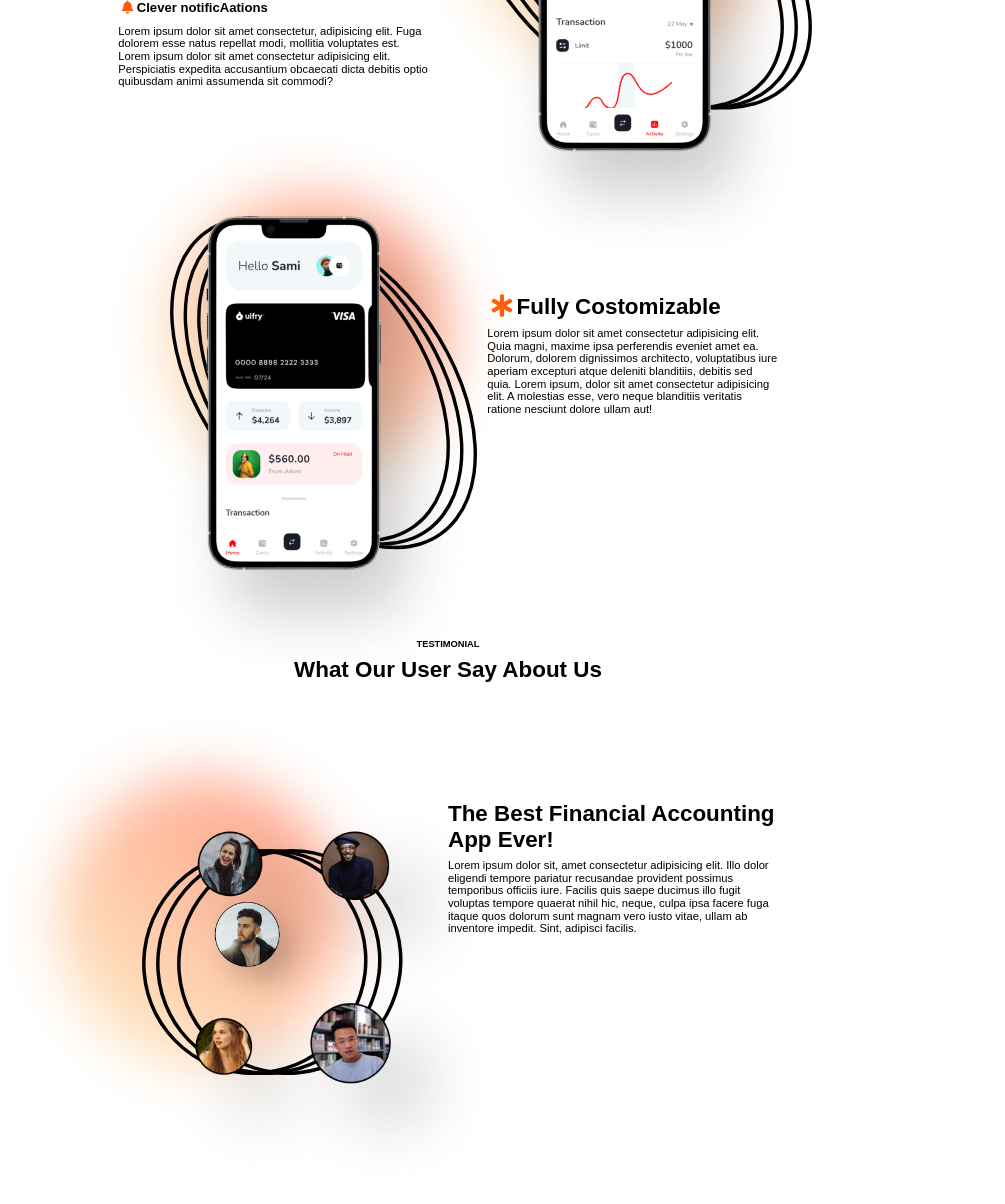
Repository: sakshambansal7/Uifry
Page: index.html
An editor plug-in stored every save of this project. The page is shown before and after the next save, followed by the edit.
The browser window is 1280 px wide. The page is 1435 px wide, so the pictures cover 1435 px, including what lies to the right of the window. The pictures show the part of the page from y = 1714 to 3434 px (the page is 3434 px tall), at 70% of full size.
Some web libraries are served in a nearby version.

Above is the page before, as saved 2024-06-12 22:18:04.

### index.html
<!DOCTYPE html>
<html lang="en">
  <head>
    <meta charset="UTF-8" />
    <meta name="viewport" content="width=device-width, initial-scale=1.0" />
    <title>uifry.com</title>
    <link rel="stylesheet" href="style.css" />
    <link rel="stylesheet" href="https://cdnjs.cloudflare.com/ajax/libs/font-awesome/6.1.1/css/all.min.css">

  </head>
  <body>
    <nav class="navbar">
      <div>
        <img class="logo" src="./images/logo.png" alt="img" />
      </div>
      <div class="nav">
        <div><a href="#" class="nav__link active">Home </a></div>
        <div><a href="#" class="nav__link">About Us</a></div>
        <div><a href="#" class="nav__link">Pricing</a></div>
        <div><a href="#" class="nav__link">features</a></div>
      </div>
      <div class="download">
        <button class="button">Download</button>
      </div>
    </nav>
    <div class="part1 ">
      <div class="left">
        <div class="bg-shape1"></div>
        <h1>Make The Best Financial Decisions</h1>
        <div class="bg-shape1 position-1"></div> <!-- Duplicate for top and bottom -->
        <p>Lorem ipsum dolor sit amet consectetur, adipisicing elit. Fuga dolorem esse natus repellat modi, mollitia voluptates est.</p>
        <div class="cta-buttons">
          <button class="get-started-btn">Get Started <i class="fa-solid fa-arrow-right"></i></button>
          <button class="watch-video-btn"> <i class="fa-solid fa-circle-play"></i>Watch Video</button>
        </div>
      </div>

      <div class="right">
        <div class="bg-shape2"></div>
        <div class="elipse-common elipse"></div>
        <div class="elipse-common elipse1"></div>
        <div class="elipse-common elipse2"></div>

        <img class="image1" src="./images/iphone.png" alt="Mobile App Mockup" />
        <img class="image2" src="./images/igraph.png" alt="Mobile App Mockup" />
        <img class="image3" src="./images/iphone.png" alt="Mobile App Mockup" />
      </div>

    </div>
    <div class="part2">
      <div class="left">
        <div class="bg-shape2"></div>
        <div class="elipse-common elipse3"></div>
        <div class="elipse-common elipse4"></div>
        <div class="elipse-common elipse5"></div>

        <img class="image1" src="./images/iphone.png" alt="Mobile App Mockup" />

      </div>
      <div class="right">
        <h4>FEATURES</h4>
        <H1>Uifry Premium</H1>
        <h3><i class="fa-regular fa-star custom-color"></i> Budgeting intervals</h3>
        <p>Lorem ipsum dolor sit amet consectetur, adipisicing elit. Fuga dolorem esse natus repellat modi, mollitia voluptates est.</p>
        <h3> <i class="fa-solid fa-gear custom-color"></i> Budgeting intervals</h3>
        <p>Lorem ipsum dolor sit amet consectetur, adipisicing elit. Fuga dolorem esse natus repellat modi, mollitia voluptates est.</p>
        <h3><i class="fa-solid fa-star-of-life custom-color"></i>Budgeting intervals</h3>
        <p>Lorem ipsum dolor sit amet consectetur, adipisicing elit. Fuga dolorem esse natus repellat modi, mollitia voluptates est.</p>

      </div>
    </div>
    <div class="part3">
      <div class="left">
        <h4>ADVANTAGES</h4>
        <H1> Why Choose Uifry ?</H1>
        <h3><i class="fa-solid fa-bell custom-color"></i>Clever notificAations</h3>
        <p>Lorem ipsum dolor sit amet consectetur, adipisicing elit. Fuga dolorem esse natus repellat modi, mollitia voluptates est. Lorem ipsum dolor sit amet consectetur adipisicing elit. Perspiciatis expedita accusantium obcaecati dicta debitis optio quibusdam animi assumenda sit commodi?</p>

      </div>
      <div class="right">
        <div class="bg-shape2"></div>
        <div class="elipse-common elipse3"></div>
        <div class="elipse-common elipse4"></div>
        <div class="elipse-common elipse5"></div>
        <img src="./images/igraph.png" alt="img">
      </div>
    </div>
    <div class="part4">
      <div class="left">
        <div class="bg-shape2"></div>
        <div class="elipse-common elipse3"></div>
        <div class="elipse-common elipse4"></div>
        <div class="elipse-common elipse5"></div>
        <img src="./images/iphone.png" alt="img">
      </div>
      <div class="right">
        <h1><i class="fa-solid fa-star-of-life custom-color "></i>Fully Costomizable</h1>
        <p>Lorem ipsum dolor sit amet consectetur adipisicing elit. Quia magni, maxime ipsa perferendis eveniet amet ea. Dolorum, dolorem dignissimos architecto, voluptatibus iure aperiam excepturi atque deleniti blanditiis, debitis sed quia. Lorem ipsum, dolor sit amet consectetur adipisicing elit. A molestias esse, vero neque blanditiis veritatis ratione nesciunt dolore ullam aut!</p>
      </div>
    </div>
    <div class="parent-container">
      <h5>TESTIMONIAL</h5>
      <h1>What Our User Say About Us</h1>
  </div>

    <div class="part5">
      <div class="left">
        <div class="bg-shape2"></div>
        <div class="elipse-common elipse6"></div>
        <div class="elipse-common elipse7"></div>
        <div class="elipse-common elipse8"></div>
        <div class="img1 "><img src="./images/1.png" alt="img"></div>
        <div class="img2 "><img src="./images/2.png" alt="img"></div>
        <div class="img3 "><img src="./images/3.png" alt="img"></div>
        <div class="img4 "><img src="./images/4.png" alt="img"></div>
        <div class="main "><img src="./images/main.png" alt="img"></div>

      </div>
      <div class="right">
        <h1>The Best Financial Accounting App Ever!</h1>
        <p>Lorem ipsum dolor sit, amet consectetur adipisicing elit. Illo dolor eligendi tempore pariatur recusandae provident possimus temporibus officiis iure. Facilis quis saepe ducimus illo fugit voluptas tempore quaerat nihil hic, neque, culpa ipsa facere fuga itaque quos dolorum sunt magnam vero iusto vitae, ullam ab inventore impedit. Sint, adipisci facilis.</p>
        <!-- <div class="img1 img"><img src="./images/1.png" alt="img"></div>
        <div class="img2 "><img src="./images/2.png" alt="img"></div>
        <div class="img3 "><img src="./images/3.png" alt="img"></div>
        <div class="img4 "><img src="./images/4.png" alt="img"></div>
        <div class="main "><img src="./images/main.png" alt="img"></div> -->

      </div>
    </div>
  </body>
  <script src="script.js"></script>
</html>

### style.css

*{
    margin: 0px;
    padding: 5px;

}
body {
  margin-left: 20vh;
  margin-right: 20vh;
  font-family: Arial, sans-serif;
  background: #fff;
  color: #000000;
  justify-content: center;
  box-sizing: border-box;
}

  /* navbar */
.logo {
  width: 120px;
}


.navbar{
  display: flex;
  justify-content: flex-start;

}
.nav{
  padding-top: 10px;
  display: flex;
  justify-content: center;

}
nav  {
  display: inline;
}

nav a {
  text-decoration: none;
  color: #333;
  font-weight: bold;
}


.button {
  width: 160px;
  height: 40px;
  border-radius: 3px;
  background-color: #000000;
  color: #fff;
  padding: 10px 20px;
  cursor: pointer;
  border: none;
  font-weight: bold;
  margin-left: 40vh;
}
.download{

  padding-top: 10px;
}


.nav__link {
    display: block;
    padding: .3125rem 1.5rem;
    text-transform: uppercase;
  }

  .nav__link.active  {

    color: #FF5E08;
  }

  /* part-1 */

  .part1 {
    height: 85vh;
    display: inline-flex;
        justify-content: space-between;
        top: 50px !important;
        inset: 0;


    padding: 60px 40px;
}

/* .absolute{
  position: absolute;
  inset: 0;
  justify-content: center;
  display: inline-flex;
  flex-direction: row;
} */
.left {
  max-width: 50%;
}

.part1 h1 {
  font-size: 3em;
  margin: 0 0 20px;
}

.part1 p {
  font-size: 1.2em;
  margin: 0 0 40px;
}

.cta-buttons {
  display: flex;
  gap: 20px;
}

.get-started-btn,
.watch-video-btn {
  background: #000;
  color: #fff;
  padding: 15px 30px;
  border: none;
  cursor: pointer;
  font-size: 1em;
  font-weight: bold;
}

.watch-video-btn {
  color: #000000;

  background: transparent;
}

.right {
  max-width: 50%;
  position: relative; /* Add position relative to use as a reference for absolute positioning */
}

.right .image1{

  position: absolute;
  z-index: 3;
  width: 100%;
  padding-left: 0px;



}
.right .image2 {
  position: absolute;
  padding-top: 50px;
  padding-left: 100px;


  z-index: 2;
  max-width: 100%;
}
.right .image3 {


  padding-top: 100px;
  padding-left: 200px;
  z-index: 1;
  max-width: 100%;
}
/* background-effect */


.justify-center{
  justify-content: center;
}

/* background-effect */
.left {
  max-width: 50%;
  position: relative; /* Add this line */
}

.bg-shape1 {
  width: 400px;
  height: 400px;
  border-radius: 9999px;
  position: absolute; /* Change to absolute for proper positioning */
  top: 0px; /* Positioning adjustments */
  left: 50%; /* Positioning adjustments */
  transform: translateX(-50%); /* Center the shape horizontally */
  z-index: -1; /* Ensure it's behind the text */
  background: linear-gradient(35deg,  #FDE598,#ff3508); /* Dual color gradient */
  opacity: 0.5; /* Adjust as necessary */
  filter: blur(40px);

}

.bg-shape2 {
  width: 400px;
  height: 400px;
  border-radius: 9999px;
  position: absolute; /* Change to absolute for proper positioning */
  top: 50px; /* Positioning adjustments */
  left: 50%; /* Positioning adjustments */
  transform: translateX(-50%); /* Center the shape horizontally */
  z-index: -1; /* Ensure it's behind the text */
  background: linear-gradient(35deg,  #FDE598,#ff3508); /* Dual color gradient */
  opacity: 0.5; /* Adjust as necessary */
  filter: blur(40px);

}

  /* circular shape */

  .elipse-common {

    background: none;
    border-radius: 50%;
    -ms-transform: rotate(40deg);  /* IE 9 */
    -webkit-transform: rotate(40deg);  /* Safari */
    transform: rotate(40deg);
    position: absolute;
    top: 150px;
    border: 5px solid black;
    z-index: -1; /* Ensure it's behind the text */
}

.elipse {
  width: 700px;
  height: 305px;
    left: 45px;

}

.elipse1 {
  width: 700px;
  height: 305px;
    left: 25px;
}

.elipse2 {
  width: 700px;
  height: 305px;
    left: 5px;
}
.elipse3 {
  width: 500px;
  height: 305px;
    left: 45px;

}

.elipse4 {
  width: 500px;
  height: 305px;
    left: 25px;
}

.elipse5 {
  width: 500px;
  height: 305px;
    left: 5px;
}


.part2{
  display: flex;
  height: 85vh;
}

  .part2 .left .image1{
    transform: rotate(15deg);
  }

  .part2 .right{
    margin-top: 20vh;

  }
  .part2 .right h3 h1{
    font-weight: 900; /* 400 is normal, 700 is bold */
  }
  .part2 .right h4{
    color: #FF5E08;
  }
  .custom-color {
    color: #FF5E08;
}

.part3{
  display: flex;
  align-items: center;
  justify-content: center;
  height: 80vh;



}
.part3 .left h4{
  color: #FF5E08;

}
.part3 .left p{
 font-weight: 100;

}
.part3 .right img{
  transform: rotate(15deg);

}


.part4{
  gap: 5vh;
  display: flex;
  align-items: center;
  justify-content: center;
  height: 80vh;

}


.part4  .left{
  transform: rotate(15deg);


}
.part4 .right{
  padding-bottom: 30vh;
}



.elipse6 {
  width: 300px;
  height: 305px;
    left: 65px;



}

.elipse7 {
  width: 300px;
  height: 305px;
    left: 45px;
}

.elipse8 {
  width: 300px;
  height: 305px;
    left: 95px;
}

.parent-container {
  text-align: center;
}

.part5{
  margin-top: 10vh;
  display: flex;
  gap: 30vh;
  position: relative;


}


.part5  img {
  position: relative;
  top: 50px;
  left: 50px;
}
.part5  .img1{
  position: absolute;
  top: 1vh;
  left: .1h;
  z-index: 4;



}
.part5  .img2{
  position: absolute;
  top: 1vh;
  left: 25vh;
  z-index: 5;

}
.part5  .img3{
  position: absolute;
  top: 38vh;
  left: .1vh;
  z-index: 3;


}
.part5  .img4{
  position: absolute;
  top: 35vh;
  left: 23vh;
  z-index: 2;


}
.part5 .main {
  position: relative;
  top: 19vh;
  left: 8vh;
  z-index: 1;

}

/* Adjust the size of the image within the .main div */
.part5 .main img {
  width: 80%; /* Decrease the width to 50% of its original size */
  height: auto; /* Maintain aspect ratio */
}


.part5 .right{
  margin-top:10vh ;
}

### script.js
document.addEventListener('DOMContentLoaded', function() {
    const selector = '.nav__link';
    const elems = Array.from( document.querySelectorAll( selector ) );
    const navigation = document.querySelector( 'nav' );

    function makeActive( evt ) {
      const target = evt.target;

      if ( !target || !target.matches( selector ) ) {
        return;
      }

      elems.forEach( elem => elem.classList.remove( 'active' ) );

        evt.target.classList.add( 'active' );
    };

    navigation.addEventListener( 'mousedown', makeActive );

    } );

After the next save:
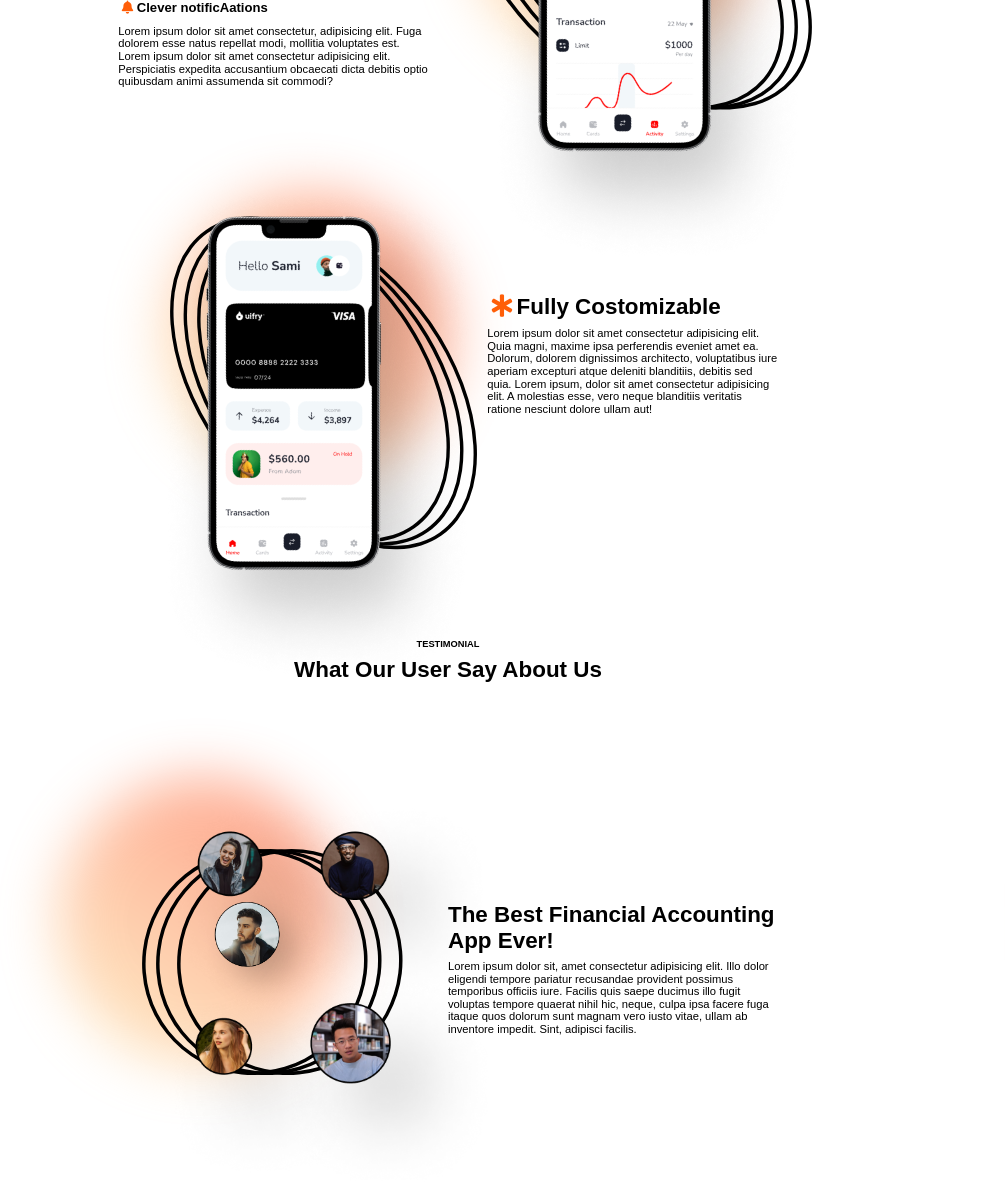
Saved 6 s later.
--- a/style.css
+++ b/style.css
@@ -410,5 +410,5 @@ nav a {
 
 
 .part5 .right{
-  margin-top:10vh ;
-}
+  margin-top:30vh ;
+}
